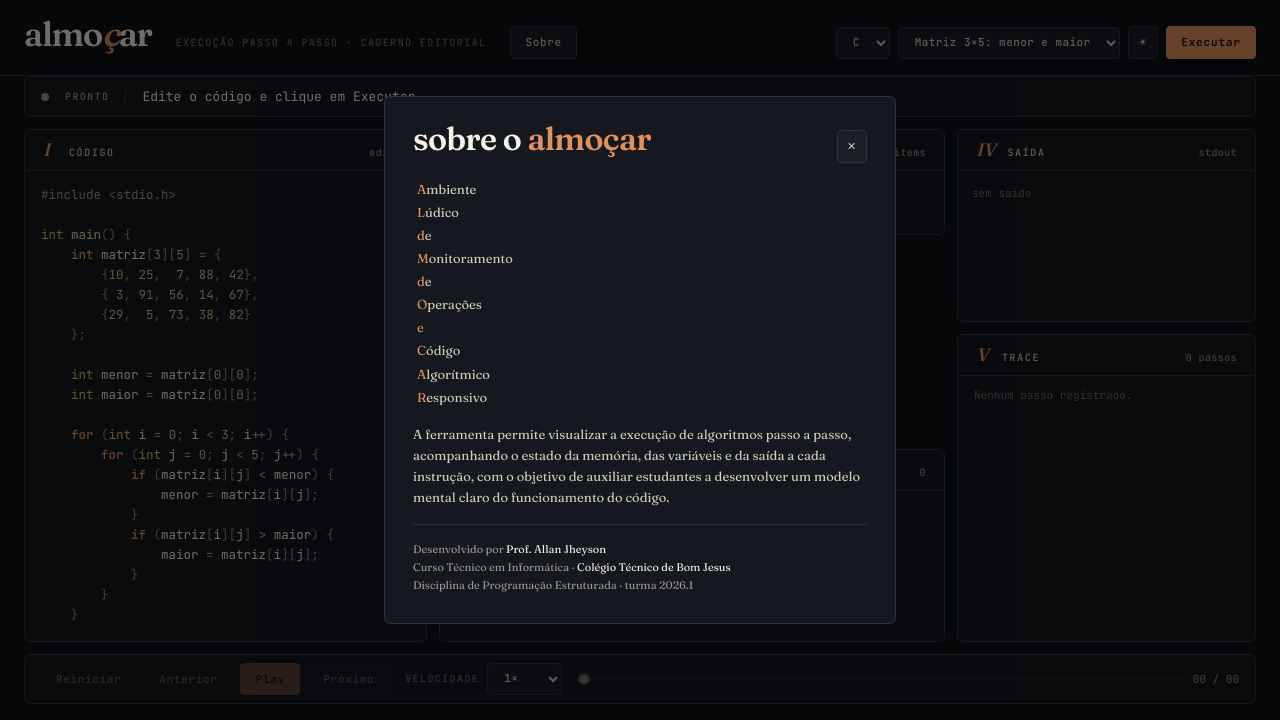
Repository: allramos/almocar
Page: /, after clicking the first element matching `button.btn`
An editor plug-in stored every save of this project. The page is shown before and after the next save, followed by the edit.
The browser window is 1280 px wide. The pictures show the whole page.
The project was rebuilt for these pictures with package versions that can differ from the ones it lists, and the page was loaded fresh each time. Also part of the build but not shown: vite.config.ts.

Above is the page before, as saved 2026-04-07 16:26:59.

After the next save:
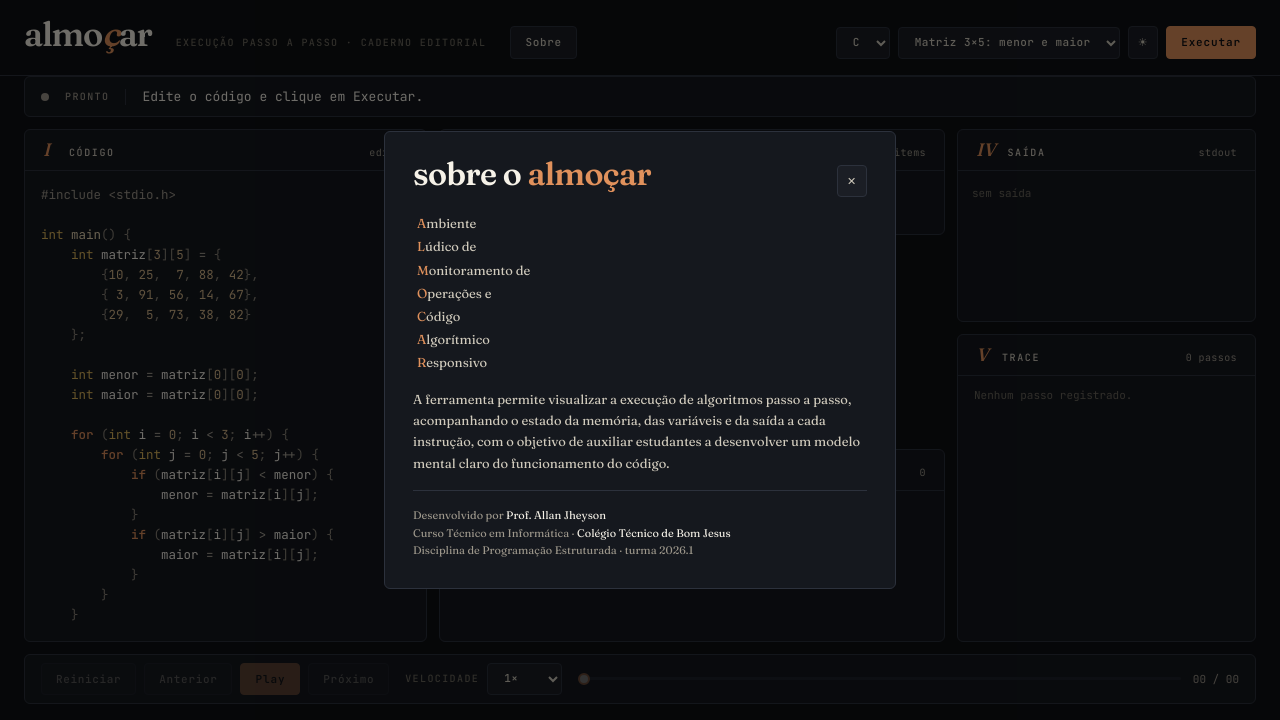
Saved 23 s later.
--- a/src/App.tsx
+++ b/src/App.tsx
@@ -301,12 +301,9 @@ function AboutDialog({ onClose }: { onClose: () => void }) {
         <div className="text-ink-dim text-[13px] leading-relaxed space-y-4 font-sans">
           <div className="flex flex-col gap-0.5 pl-1">
             <div><span className="text-ember">A</span>mbiente</div>
-            <div><span className="text-ember">L</span>údico</div>
-            <div><span className="text-ember">d</span>e</div>
-            <div><span className="text-ember">M</span>onitoramento</div>
-            <div><span className="text-ember">d</span>e</div>
-            <div><span className="text-ember">O</span>perações</div>
-            <div><span className="text-ember">e</span></div>
+            <div><span className="text-ember">L</span>údico de</div>
+            <div><span className="text-ember">M</span>onitoramento de</div>
+            <div><span className="text-ember">O</span>perações e</div>
             <div><span className="text-ember">C</span>ódigo</div>
             <div><span className="text-ember">A</span>lgorítmico</div>
             <div><span className="text-ember">R</span>esponsivo</div>
